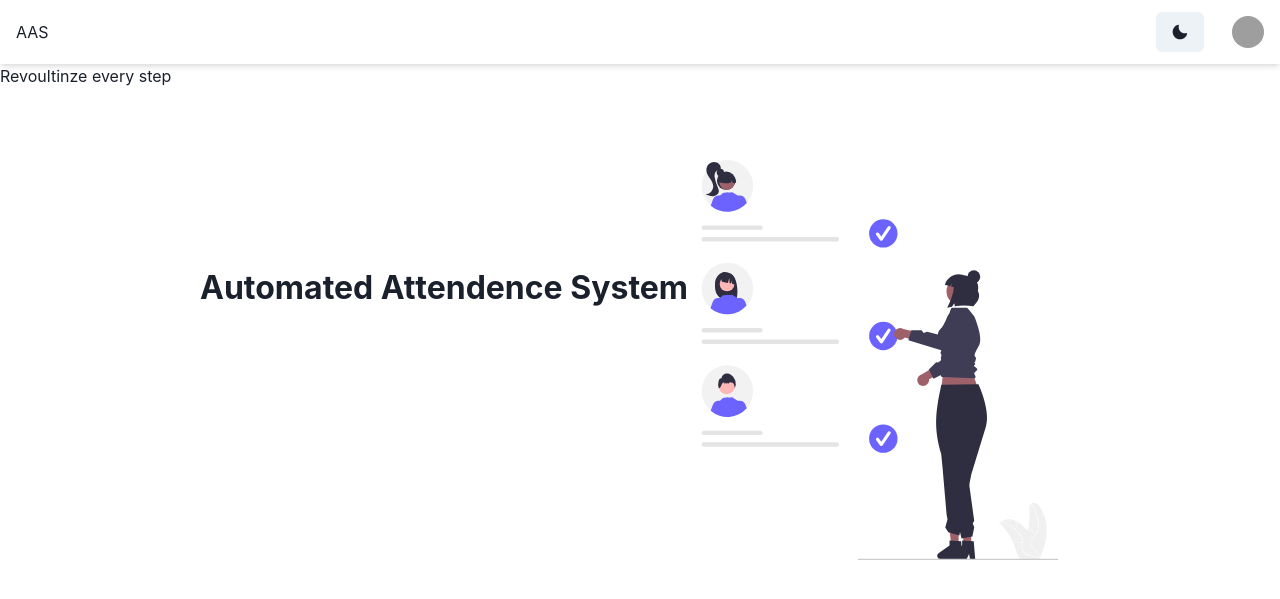
Repository: shash0708/attendence
Page: /
The author's editor kept a copy of each file at every save. The page is drawn from the files as they stood at one save, then again after the next save.
The browser window is 1280 px wide. The pictures show the whole page.
Pictures or frames that could not be fetched are drawn as grey boxes. The project was rebuilt for these pictures with package versions that can differ from the ones it lists, and the page was loaded fresh each time. Also part of the build but not shown: src/App.css, src/components/Login/Login.component.jsx, src/components/Signup/Signup.component.jsx, src/routes/Authentication/Authentication.component.jsx.

Above is the page before, as saved 2024-04-06 20:18:52.

### src/index.js
import React from 'react';
import ReactDOM from 'react-dom/client';
import './index.css';
import App from './App';
import reportWebVitals from './reportWebVitals';
import { BrowserRouter } from 'react-router-dom';
import { ChakraProvider } from '@chakra-ui/react'

const root = ReactDOM.createRoot(document.getElementById('root'));
root.render(
  <React.StrictMode>
  <BrowserRouter>
<ChakraProvider>
    <App />
    </ChakraProvider>
    </BrowserRouter>

  </React.StrictMode>
);

// If you want to start measuring performance in your app, pass a function
// to log results (for example: reportWebVitals(console.log))
// or send to an analytics endpoint. Learn more: https://bit.ly/CRA-vitals
reportWebVitals();

### src/App.js
import './App.css';
import Home from './routes/Home/Home.component.jsx'
import { Routes,Route} from 'react-router-dom';
import Authentication from './routes/Authentication/Authentication.component';

function App() {
  return (
    <Routes>
    <Route index element={<Home/>}/>

    <Route path='auth' element={<Authentication/>}/>

    </Routes>
  );
}

export default App;

### src/routes/Home/Home.component.jsx
import React from 'react'
import { Outlet } from 'react-router-dom';
import Nav from '../../components/Navbar/Navbar.component';
import HomeProp from '../../components/homeProp/HomeProp.component';
const Home  = () => {
  return (
    <div>
       <Nav/>
       <HomeProp />
       <Outlet/>
    </div>
  )
}

export  default Home;

### client/src/components/Navbar/Navbar.component.jsx
'use client'

import {
  Box,
  Flex,
  Avatar,
  Text,
  Button,
  Menu,
  MenuButton,
  MenuList,
  MenuItem,
  MenuDivider,
  useDisclosure,
  useColorModeValue,
  Stack,
  useColorMode,
  Center,
} from '@chakra-ui/react'
import { MoonIcon, SunIcon } from '@chakra-ui/icons'
import { Link, Outlet } from 'react-router-dom';

const NavLink = (props) => {
  const { children } = props

  return (
    <Box
      as="a"
      px={2}
      py={1}
      rounded={'md'}
      _hover={{
        textDecoration: 'none',
        bg: useColorModeValue('gray.200', 'gray.700'),
      }}
      href={'#'}>
      {children}
    </Box>
  )
}

export default function Nav() {
  const { colorMode, toggleColorMode } = useColorMode();
  const { isOpen, onOpen, onClose } = useDisclosure();
  return (
    <div>
      <Box

        px={4}
        shadow="md"
        style={{ backdropFilter: 'blur(10px)' }} // Adds blur effect to the background
      >
        <Flex h={16} alignItems={'center'} justifyContent={'space-between'}>
          <Box>
          <Link to="/">AAS</Link>

          </Box>

          <Flex alignItems={'center'}>
            <Stack direction={'row'} spacing={7}>
              <Button onClick={toggleColorMode}>
                {colorMode === 'light' ? <MoonIcon /> : <SunIcon />}
              </Button>

              <Menu>
                <MenuButton
                  as={Button}
                  rounded={'full'}
                  variant={'link'}
                  cursor={'pointer'}
                  minW={0}>
                  <Avatar
                    size={'sm'}
                    src={'https://avatars.dicebear.com/api/male/username.svg'}
                  />
                </MenuButton>
                <MenuList alignItems={'center'} shadow="lg">
                  <br />
                  <Center>
                    <Avatar
                      size={'2xl'}
                      src={'https://avatars.dicebear.com/api/male/username.svg'}
                    />
                  </Center>
                  <br />
                  <Center>
                    <p>Username</p>
                  </Center>
                  <br />
                  <MenuDivider />
                  <MenuItem>Your Servers</MenuItem>
                  <MenuItem>Account Settings</MenuItem>
                  <MenuItem>Logout</MenuItem>
                </MenuList>
              </Menu>
            </Stack>
          </Flex>
        </Flex>
      </Box>
      <Outlet />
    </div>
  );
}

### src/components/homeProp/HomeProp.component.jsx
import React, { Fragment } from 'react'
import { ReactComponent as HomeLogo } from '../../assests/home.svg'
import './HomeProp.styles.scss';
const HomeProp= () => {
  return (
    <Fragment>
<div className='text'>
    <h1>Automated Attendence  System</h1>
    </div>
    <p>Revoultinze every step</p>

      <HomeLogo className='home-prop'/>
    </Fragment>
  )
}

export default HomeProp;

### src/components/homeProp/HomeProp.styles.scss
// Use variables to style your logo
.home-prop{
  width: 1000px;
  height: 400px;  // Add other styling properties as needed
  position: fixed;
  top: 50%; // Adjust as needed
  right: -100px; // Adjust as needed
  transform: translateY(-50%);
}

.text{
  font-size: xx-large;
  font-weight: bolder;
  position: fixed;
  top: 40%; // Adjust as needed
  left: 200px; // Adjust as needed
  transform: translateY(-50%);
}

Loaded but not shown: public/index.html (common file); src/index.css (common file); src/reportWebVitals.js (common file)

After the next save:
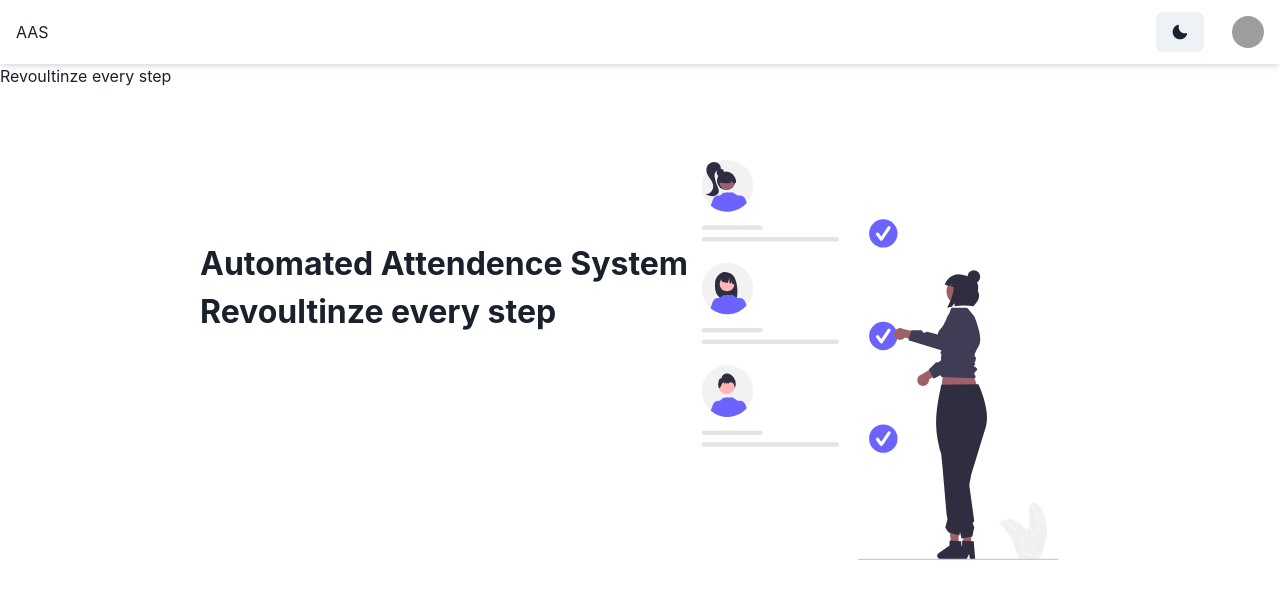
Saved 14 s later.
--- a/src/components/homeProp/HomeProp.component.jsx
+++ b/src/components/homeProp/HomeProp.component.jsx
@@ -6,6 +6,8 @@ const HomeProp= () => {
     <Fragment>
 <div className='text'>
     <h1>Automated Attendence  System</h1>
+    <p>Revoultinze every step</p>
+
     </div>
     <p>Revoultinze every step</p>
 
